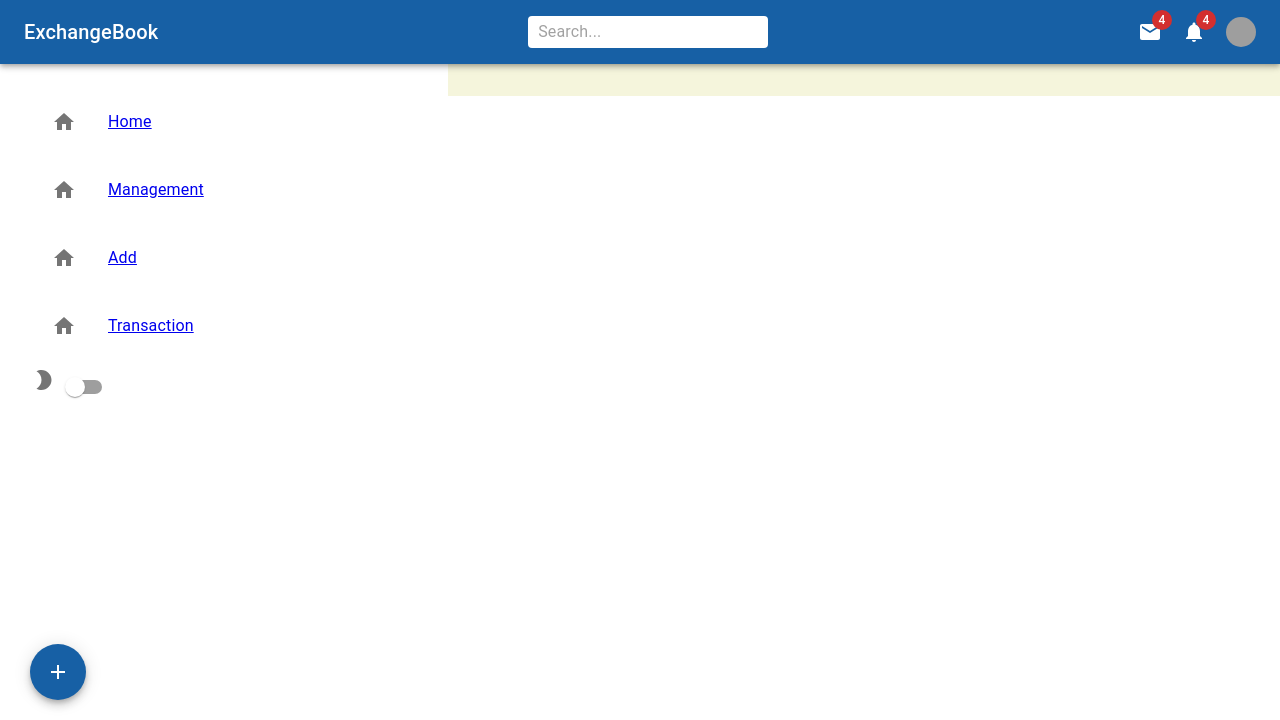
Repository: TrangPhuongLam07/exchangebookfrontend
Page: /
An editor plug-in stored every save of this project. The page is shown before and after the next save, followed by the edit.
The browser window is 1280 px wide. The pictures show the whole page.
Pictures or frames that could not be fetched are drawn as grey boxes. The page's requests for data from a server got no answer. The project was rebuilt for these pictures with package versions that can differ from the ones it lists, and the page was loaded fresh each time. Some packages were replaced by stand-ins written for this rebuild. No one was signed in, and anything a server would have sent is missing. Also part of the build but not shown: craco.config.js, src/components/post/index.js. Imported but missing from the stored project, and not drawn on this page: src/pages/management/add-post, src/pages/management/update-post.

Above is the page before, as saved 2023-07-30 23:01:29.

### src/index.js
import ReactDOM from "react-dom/client";
import React from "react";
import config from "./config";
import App from "./App";
import { ThemeProvider } from "@mui/material";
import "./index.css";
const root = ReactDOM.createRoot(document.getElementById("root"));

root.render(
  <React.StrictMode>
    <ThemeProvider theme={config.theme}>
      <App />
    </ThemeProvider>
  </React.StrictMode>
);

### src/config/index.js
import routes from "./routes";
import theme from "./theme";
const config = {
  routes,
  theme,
};

export default config;

### src/App.js
import { ReactQueryDevtools } from "@tanstack/react-query-devtools";
import { QueryClient, QueryClientProvider } from "@tanstack/react-query";
import { privateRoutes, publicRoutes } from "~/routes";
import { Fragment, Suspense } from "react";
import { CssBaseline } from "@mui/material";
import { BrowserRouter as Router, Routes, Route } from "react-router-dom";
import { Toaster } from "react-hot-toast";
const queryClient = new QueryClient({
  defaultOptions: {
    queries: {
      refetchOnWindowFocus: false,
      refetchOnMount: false,
      refetchOnReconnect: false,
      retry: 1,
      staleTime: 5 * 1000,
    },
  },
});

function App() {
  return (
    <QueryClientProvider client={queryClient}>
      <CssBaseline />
      <Toaster
        toastOptions={{
          duration: 1500,
        }}
      />
      <Router>
        <Suspense fallback={<div>Loading...</div>}>
          <Routes>
            {publicRoutes.map((route, index) => {
              const Page = route.component;
              const Layout = route.layout || Fragment;
              return (
                <Route
                  key={index}
                  path={route.path}
                  element={
                    <Layout>
                      <Page />
                    </Layout>
                  }
                />
              );
            })}
            {privateRoutes.map((route, index) => {
              const Page = route.component;
              const Layout = route.layout || Fragment;
              const Role = route?.role;
              return (
                <Route
                  key={index}
                  path={route.path}
                  element={
                    <Layout>
                      <Page />
                    </Layout>
                  }
                />
              );
            })}
          </Routes>
        </Suspense>
      </Router>
      <ReactQueryDevtools initialIsOpen={false} />
    </QueryClientProvider>
  );
}

export default App;

### src/index.css
body {
  margin: 0;
  font-family: -apple-system, BlinkMacSystemFont, "Segoe UI", "Roboto", "Oxygen",
    "Ubuntu", "Cantarell", "Fira Sans", "Droid Sans", "Helvetica Neue",
    sans-serif;
  -webkit-font-smoothing: antialiased;
  -moz-osx-font-smoothing: grayscale;
}

code {
  font-family: source-code-pro, Menlo, Monaco, Consolas, "Courier New",
    monospace;
}
img {
  max-width: 100%;
  object-fit: cover;
}

### src/config/routes.js
const routes = {
  home: "/",
  management: {
    management: "/management",
    add: "/management/add",
    update: "/management/update/:id",
    transaction: "/management/transaction",
    profile: "/management/profile",
  },
};
export default routes;

### src/config/theme.js
import { createTheme } from "@mui/material";
const theme = createTheme({
  palette: {
    primary: {
      main: "#1760A5",
      light: "skyblue",
    },
    secondary: {
      main: "#15C630",
    },
  },
});
export default theme;

### src/routes/index.js
import config from "~/config";
import { lazy } from "react";

const HomePage = lazy(() => import("~/pages/home"));
const AddPostPage = lazy(() => import("~/pages/management/add-post"));
const UpdatePostPage = lazy(() => import("~/pages/management/update-post"));
const ManagementPage = lazy(() => import("~/pages/management"));
const TransactionPage = lazy(() => import("~/pages/management/transaction"));
const ProfilePage = lazy(() => import("~/pages/management/profile"));
const DefaultLayout = lazy(() => import("~/layouts/default"));
const ManagementLayout = lazy(() => import("~/layouts/management"));

const publicRoutes = [
  {
    path: config.routes.home,
    component: HomePage,
    layout: DefaultLayout,
  },
];
const privateRoutes = [
  {
    path: config.routes.management.management,
    component: ManagementPage,
    layout: ManagementLayout,
  },
  {
    path: config.routes.management.add,
    component: AddPostPage,
    layout: ManagementLayout,
  },
  {
    path: config.routes.management.update,
    component: UpdatePostPage,
    layout: ManagementLayout,
  },
  {
    path: config.routes.management.transaction,
    component: TransactionPage,
    layout: ManagementLayout,
  },
  {
    path: config.routes.management.profile,
    component: ProfilePage,
    layout: ManagementLayout,
  },
];

export { publicRoutes, privateRoutes };

### src/pages/home/index.js
import { useInfiniteQuery } from "@tanstack/react-query";
import { useCallback, useMemo, useRef } from "react";
import Feed from "~/components/feed";
import Post from "~/components/post";
import { postService } from "~/services";

const HomePage = () => {
  const { data, isFetchingNextPage, error, fetchNextPage, hasNextPage } =
    useInfiniteQuery({
      queryKey: ["posts"],
      queryFn: postService.getAll,
      getNextPageParam: (lastPage, allPages) => {
        return allPages.length < 3 && allPages.length + 1;
      },
      getPreviousPageParam: (firstPage, allPages) => firstPage.prevCursor,
    });
  const intObserver = useRef();
  const lastPostRef = useCallback(
    (post) => {
      console.log(post);
      if (isFetchingNextPage) return;
      intObserver.current && intObserver.current.disconnect();
      intObserver.current = new IntersectionObserver((post) => {
        if (post[0].isIntersecting && hasNextPage) fetchNextPage();
      });
      post && intObserver.current.observe(post);
    },
    [isFetchingNextPage, fetchNextPage, hasNextPage]
  );
  if (error) return <>Error: {error.message}</>;
  return (
    <Feed>
      {data?.pages.map((page, i) => {
        return page.map((post) => {
          if (data?.pages.length - 1 === i) {
            return <Post ref={lastPostRef} post={post} />;
          }
          return <Post post={post} />;
        });
      })}
    </Feed>
  );
};

export default HomePage;

### src/layouts/default/index.js
import { Box, Stack } from "@mui/material";
import AddPostBtn from "~/components/buttons/add-btn";
import Header from "~/components/header";
import Sidebar from "~/components/sidebar";

const DefaultLayout = ({ children }) => {
  return (
    <Box>
      <Header />
      <Stack direction="row" spacing={2} justifyContent="space-between">
        <Sidebar />
        {children}
        {/* <Feed /> */}
      </Stack>
      <AddPostBtn />
    </Box>
  );
};

export default DefaultLayout;

### src/components/feed/index.js
import { Box } from "@mui/material";

const Feed = ({ children }) => {
  return (
    <Box bgcolor="beige" flex={2} p={2}>
      {children}
    </Box>
  );
};

export default Feed;

### src/services/index.js
export * as categoryService from "./categoryService";
export * as postService from "./postService";
export * as userService from "./userService";

### src/components/buttons/add-btn/index.js
import {
  Avatar,
  Box,
  Button,
  ButtonGroup,
  Fab,
  Modal,
  TextField,
  Tooltip,
  Typography,
  styled,
} from "@mui/material";
import { Add as AddIcon } from "@mui/icons-material";
import { useState } from "react";
const AddPostBtn = () => {
  const [open, setOpen] = useState(false);
  const handleClose = () => setOpen(false);

  const StyledModal = styled(Modal)({
    display: "flex",
    alignItems: "center",
    justifyContent: "center",
  });
  const UserBox = styled(Box)({
    display: "flex",
    alignItems: "center",
    gap: "10px",
    marginBottom: "20px",
  });
  return (
    <Box>
      <Tooltip
        onClick={() => setOpen(true)}
        title="Add post"
        sx={{
          position: "fixed",
          bottom: 20,
          left: { xs: "calc(50% - 25px)", md: 30 },
        }}
      >
        <Fab color="primary" aria-label="Add">
          <AddIcon />
        </Fab>
      </Tooltip>
      <StyledModal open={open} onClose={handleClose}>
        <Box width={500} height={350} p={3} borderRadius={4} bgcolor="white">
          <Typography variant="h6" color="gray" textAlign="center">
            Create post
          </Typography>
          <UserBox>
            <Avatar
              src="https://source.unsplash.com/random"
              sx={{ width: 30, height: 30 }}
            />
            <Typography fontWeight={500} variant="span">
              Kienthuc
            </Typography>
          </UserBox>
          <TextField
            multiline
            rows={4}
            placeholder="What's in your mind"
            variant="standard"
            sx={{
              width: "100%",
            }}
          />
          <ButtonGroup fullWidth variant="contained" sx={{ marginTop: 3 }}>
            <Button>Post</Button>
          </ButtonGroup>
        </Box>
      </StyledModal>
    </Box>
  );
};

export default AddPostBtn;

### src/components/header/index.js
import { Pets, Mail, Notifications } from "@mui/icons-material";
import {
  AppBar,
  Typography,
  Box,
  Toolbar,
  InputBase,
  Badge,
  styled,
  Avatar,
  Menu,
  MenuItem,
} from "@mui/material";
import { useState } from "react";
import { useNavigate } from "react-router-dom";

const Header = () => {
  const [open, setOpen] = useState(false);
  const navigate = useNavigate();
  const handleToggle = () => {
    setOpen(!open);
  };

  const StyledToobar = styled(Toolbar)({
    display: "flex",
    justifyContent: "space-between",
  });
  const Search = styled("div")(({ theme }) => ({
    background: "white",
    padding: "0 10px",
    borderRadius: theme.shape.borderRadius,
  }));
  const Icons = styled(Box)(({ theme }) => ({
    display: "none",
    alignItems: "center",
    gap: "20px",
    [theme.breakpoints.up("sm")]: {
      display: "flex",
    },
  }));
  const UserBox = styled(Box)(({ theme }) => ({
    display: "flex",
    alignItems: "center",
    gap: "10px",
    [theme.breakpoints.up("sm")]: {
      display: "none",
    },
  }));
  return (
    <AppBar position="sticky">
      <StyledToobar>
        <Typography
          variant="h6"
          sx={{
            display: { xs: "none", sm: "block" },
          }}
        >
          ExchangeBook
        </Typography>
        <Pets
          sx={{
            display: { xs: "block", sm: "none" },
          }}
        />
        <Search>
          <InputBase placeholder="Search..." />
        </Search>
        <Icons>
          <Badge badgeContent={4} color="error">
            <Mail />
          </Badge>
          <Badge badgeContent={4} color="error">
            <Notifications />
          </Badge>
          <Avatar
            sx={{ width: 30, height: 30 }}
            src="https://source.unsplash.com/random"
            onClick={handleToggle}
          />
        </Icons>
        <UserBox onClick={handleToggle}>
          <Avatar
            sx={{ width: 30, height: 30 }}
            src="https://source.unsplash.com/random"
          />
        </UserBox>
        <Menu
          id="menu"
          aria-aria-labelledby="demo"
          open={open}
          onClose={() => setOpen(false)}
          anchorOrigin={{
            vertical: "top",
            horizontal: "right",
          }}
          transformOrigin={{
            vertical: "top",
            horizontal: "right",
          }}
        >
          <MenuItem
            onClick={() => navigate("/management/profile", { replace: true })}
          >
            Profile
          </MenuItem>
          <MenuItem>My account</MenuItem>
          <MenuItem>Logout</MenuItem>
        </Menu>
      </StyledToobar>
    </AppBar>
  );
};

export default Header;

### src/components/sidebar/index.js
import { Home, ModeNight } from "@mui/icons-material";
import {
  Box,
  List,
  ListItem,
  ListItemIcon,
  ListItemText,
  Switch,
  styled,
} from "@mui/material";
import { Link } from "react-router-dom";
const Sidebar = () => {
  const StyledLink = styled(Link)({
    display: "flex",
    alignItems: "center",
    width: "100%",
    padding: "10px 20px",
    rowGap: 5,
  });

  return (
    <Box
      flex={1}
      position="relative"
      p={2}
      sx={{
        display: { xs: "none", sm: "block" },
      }}
    >
      <Box position="fixed" width={1 / 5}>
        <List>
          <ListItem>
            <StyledLink to="/">
              <ListItemIcon>
                <Home />
              </ListItemIcon>
              <ListItemText primary="Home" />
            </StyledLink>
          </ListItem>
          <ListItem>
            <StyledLink to="/management">
              <ListItemIcon>
                <Home />
              </ListItemIcon>
              <ListItemText primary="Management" />
            </StyledLink>
          </ListItem>
          <ListItem>
            <StyledLink to="/management/add">
              <ListItemIcon>
                <Home />
              </ListItemIcon>
              <ListItemText primary="Add" />
            </StyledLink>
          </ListItem>
          <ListItem>
            <StyledLink to="/management/transaction">
              <ListItemIcon>
                <Home />
              </ListItemIcon>
              <ListItemText primary="Transaction" />
            </StyledLink>
          </ListItem>
          <ListItem>
            <ListItemIcon>
              <ModeNight />
              <Switch />
            </ListItemIcon>
          </ListItem>
        </List>
      </Box>
    </Box>
  );
};

export default Sidebar;

### src/services/categoryService.js
import httpRequest from "~/utils/httpRequest";

export const findById = async (id) => {
  try {
    const res = await httpRequest.get(`/posts/${id}`);
    return res.data;
  } catch (error) {
    console.log(error);
  }
};
export const findAll = async () => {
  try {
    const res = await httpRequest.get("/categories");
    return res.data;
  } catch (error) {
    console.log(error);
  }
};

### src/services/postService.js
import httpRequest from "~/utils/httpRequest";
const REQUEST = "/posts";

export const create = async (data) =>
  httpRequest.post(REQUEST, data, {
    headers: {
      "Content-Type": "multipart/form-data",
    },
  });
export const getOne = async (id) => {
  try {
    const res = await httpRequest.get(REQUEST + `/${id}`);
    return res.data;
  } catch (error) {}
};
export const getAll = async ({ pageParam = 1 }, page = 1) => {
  try {
    const res = await httpRequest.get(
      `${REQUEST}?page=${page}&size=${pageParam}`
    );
    return res.data.postsResponses;
  } catch (error) {
    console.log(error);
  }
};
export const updateOne = async (id, data) => {
  try {
    const res = await httpRequest.put(`${REQUEST}/${id}`, data, {
      headers: {
        "Content-Type": "multipart/form-data",
      },
    });
    return res.data;
  } catch (error) {
    console.log(error);
  }
};
export const deleteOne = async (id) => {
  try {
    const res = await httpRequest.delete(`${REQUEST}/${id}`);
    return res.data;
  } catch (error) {
    console.log(error);
  }
};

### src/services/userService.js
import httpRequest from "~/utils/httpRequest";
const REQUEST = "/posts";

export const update = async (data) =>
  httpRequest.post(REQUEST, data, {
    headers: {
      "Content-Type": "multipart/form-data",
    },
  });

### src/utils/httpRequest.js
import axios from "axios";

const httpRequest = axios.create({
  baseURL: process.env.REACT_APP_BASE_API,
});

export const get = async (path, options = {}) => {
  const response = await httpRequest.get(path, options);
  return response.data;
};
export const post = async (path, data, options = {}) => {
  const response = await httpRequest.post(path, data, options);
  return response.data;
};
export const put = async (path, data, options = {}) => {
  const response = await httpRequest.put(path, data, options);
  return response.data;
};
export const remove = async (path, options = {}) => {
  const response = await httpRequest.delete(path, options);
  return response.data;
};
export default httpRequest;

Loaded but not shown: public/index.html (common file)

After the next save:
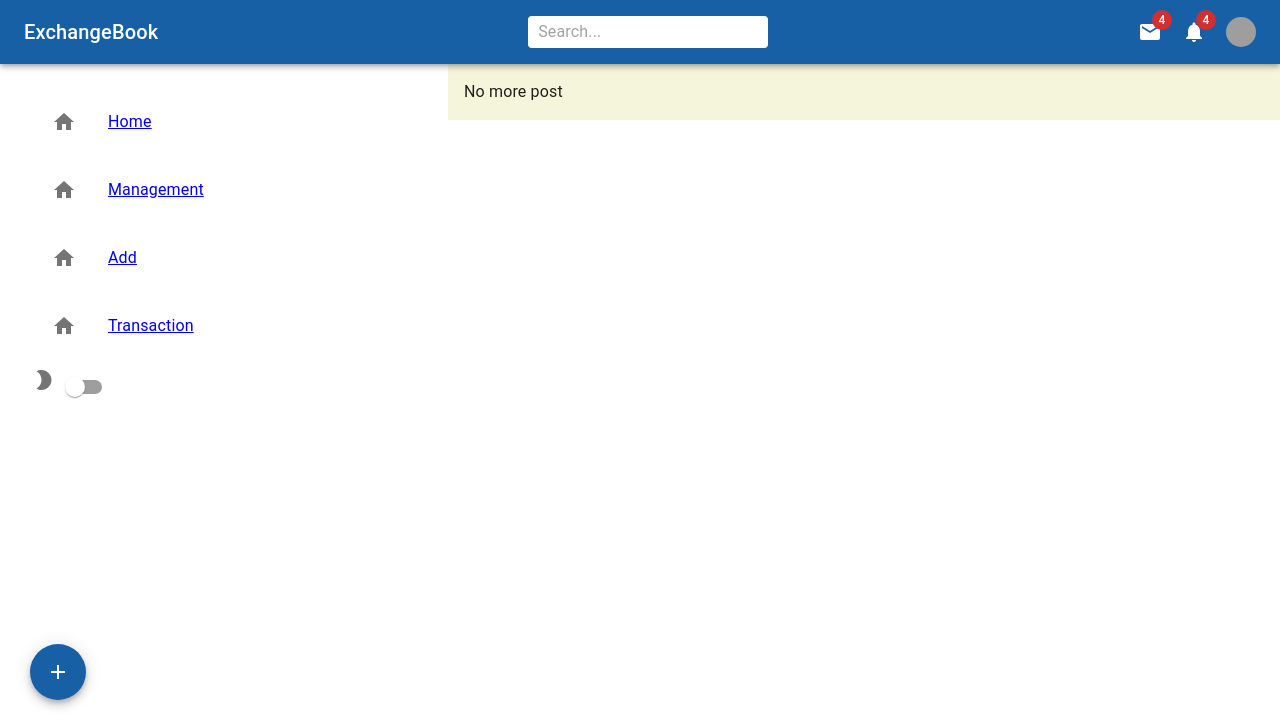
Saved 80 s later.
--- a/src/pages/home/index.js
+++ b/src/pages/home/index.js
@@ -38,6 +38,7 @@ const HomePage = () => {
           return <Post post={post} />;
         });
       })}
+      {!hasNextPage && "No more post"}
     </Feed>
   );
 };
